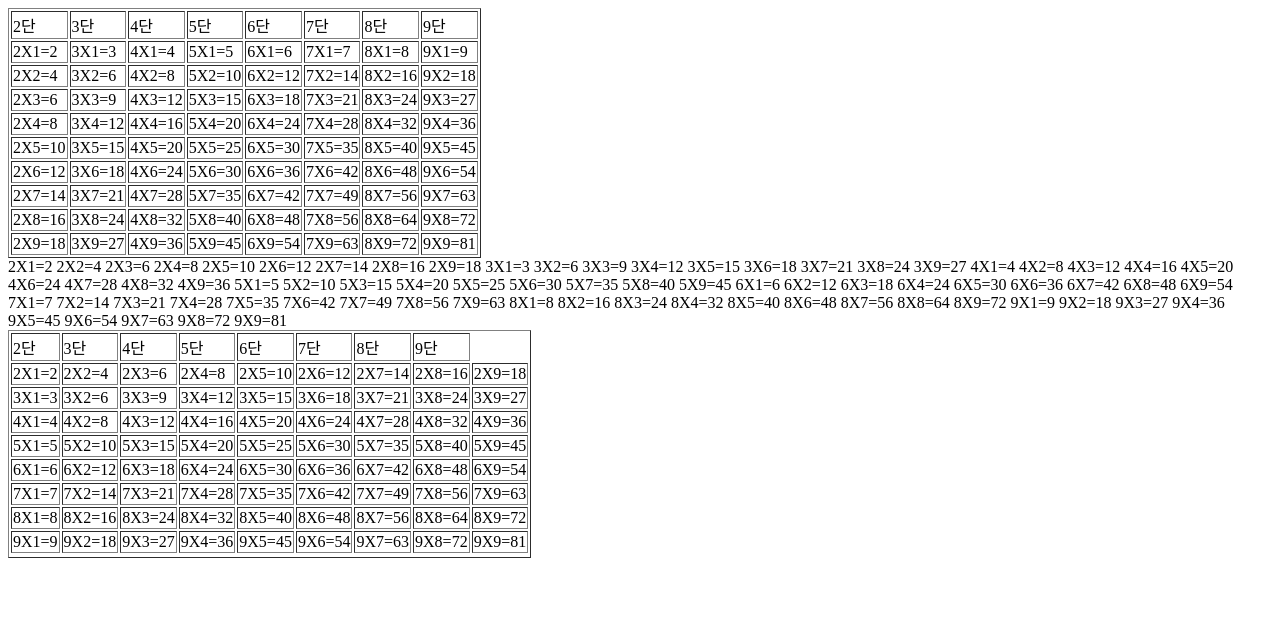
Repository: sieoh/2024html-
Page: http://localhost/jspweb_07/HW_07_이시연.jsp
An editor plug-in stored every save of this project. The page is shown before and after the next save, followed by the edit.
The browser window is 1280 px wide. The pictures show the whole page.
The page is served by Tomcat 9. Other server files are loaded and not shown.

Above is the page before, as saved 2024-01-11 02:58:57.

### workspace_sts/jspweb_07/src/main/webapp/HW_07_이시연.jsp
<%@ page language="java" contentType="text/html; charset=UTF-8"
    pageEncoding="UTF-8"%>
<!DOCTYPE html>
<html>
<head>
<meta charset="UTF-8">
<title>Insert title here</title>
</head>
<body>
	<table border='1'>
		<tr>
			<% for(int i=2;i<10;i++) { %>
			<td><%=i+"단" %></td> <%} %>
		</tr>
		<tr>
			<%for(int j=1;j<10;j++) { %>
			<%for(int i=2;i<10;i++) { %>
			<td><%=i+"X"+j+"="+j*i %></td> <%} %>
		</tr><%} %>
	</table>
	<%
		out.println("<table border='1'>");
		out.println("<tr>");
		for(int i=2;i<10;i++){
			out.println("<td>"+i+"단</td>");
		}
	    out.println("</tr>");
	    out.println("<tr>");
		for(int i=2;i<10;i++){
			for(int j=1;j<10;j++) {
				out.println(i+"X"+j+"="+j*i);
				out.println("<td>"+i+"X"+j+"="+j*i+"</td>");
			}
			out.println("<tr>");
		}
	%>
</body>
</html>

After the next save:
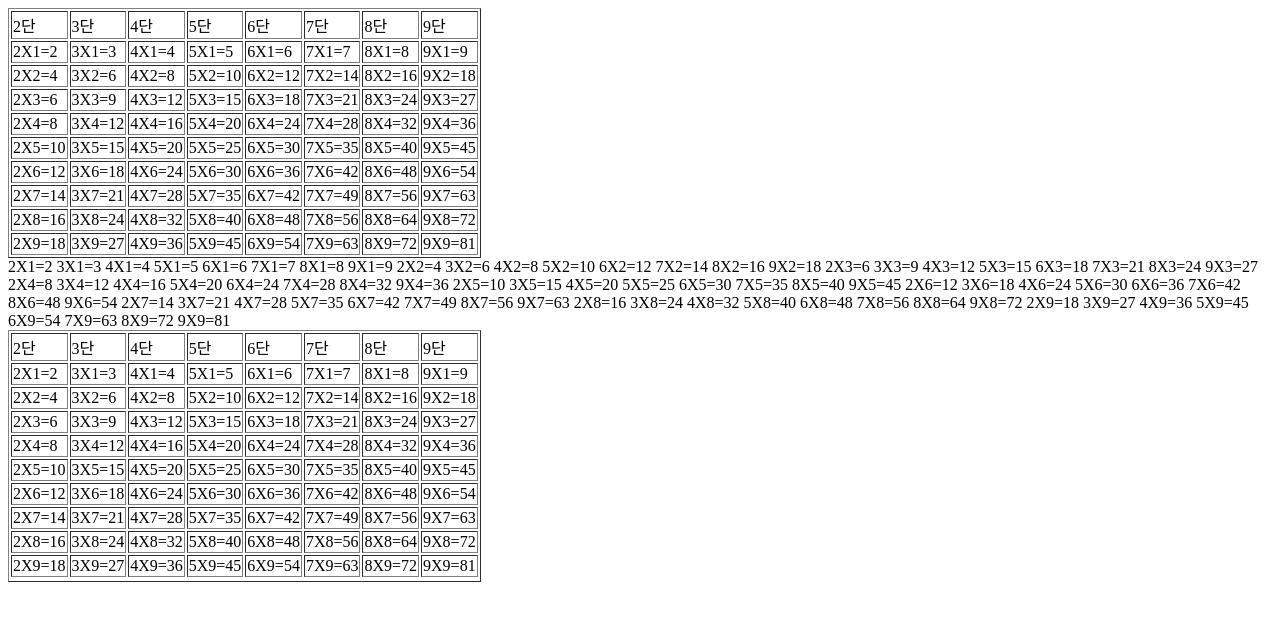
Saved 23 s later.
--- a/workspace_sts/jspweb_07/src/main/webapp/HW_07_이시연.jsp
+++ b/workspace_sts/jspweb_07/src/main/webapp/HW_07_이시연.jsp
@@ -26,8 +26,8 @@
 		}
 	    out.println("</tr>");
 	    out.println("<tr>");
-		for(int i=2;i<10;i++){
-			for(int j=1;j<10;j++) {
+		for(int j=1;j<10;j++){
+			for(int i=2;i<10;i++) {
 				out.println(i+"X"+j+"="+j*i);
 				out.println("<td>"+i+"X"+j+"="+j*i+"</td>");
 			}
